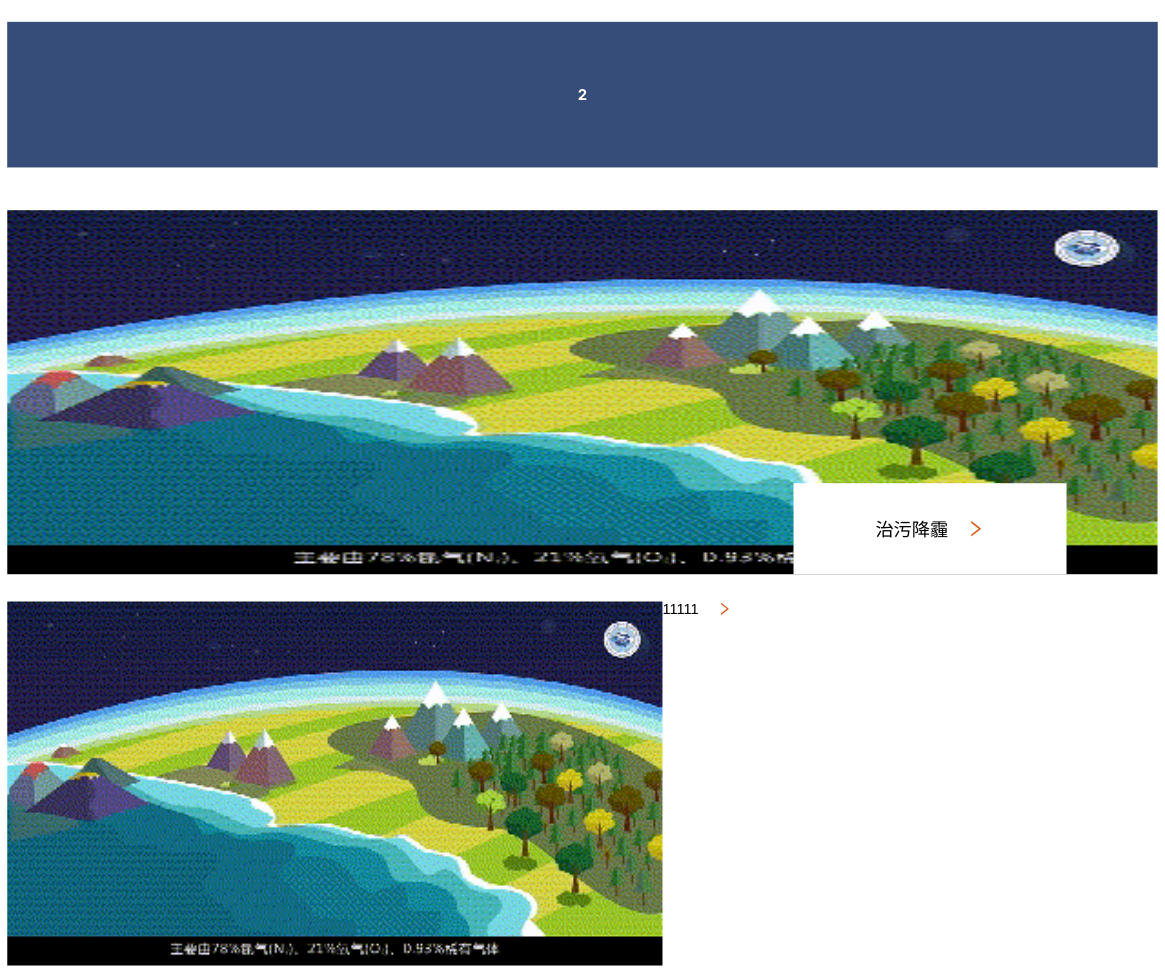
Repository: samllbin/summerWeb
Page: /
The author's editor kept a copy of each file at every save. The page is drawn from the files as they stood at one save, then again after the next save.
The browser window is 1280 px wide. The pictures show the whole page, at 91% of full size.
The project was rebuilt for these pictures with package versions that can differ from the ones it lists, and the page was loaded fresh each time. Also part of the build but not shown: vite.config.js, components/menu/config.js, components/menu/MenuTab.jsx, components/content/index.module.css, components/content/index.jsx.

Above is the page before, as saved 2024-07-22 15:58:13.

After the next save:
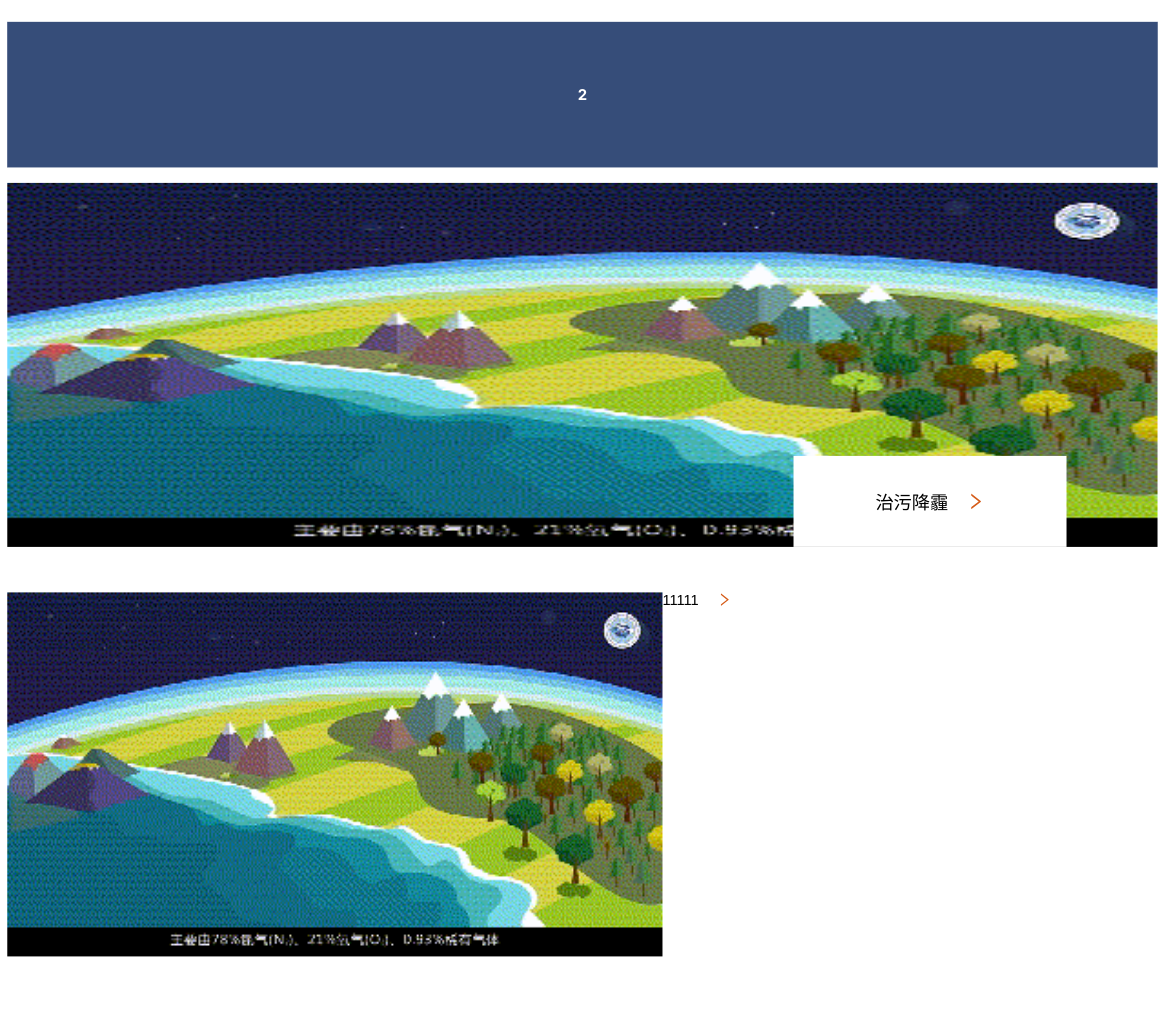
Saved 11 s later.
--- a/components/article/index.module.css
+++ b/components/article/index.module.css
@@ -1,7 +1,7 @@
 .layout {
   display: flex;
   font-family: "宋体", sans-serif;
-  margin-top: 30px;
+  margin-bottom: 50px;
   height: 400px;
   width: 100%;
 }
